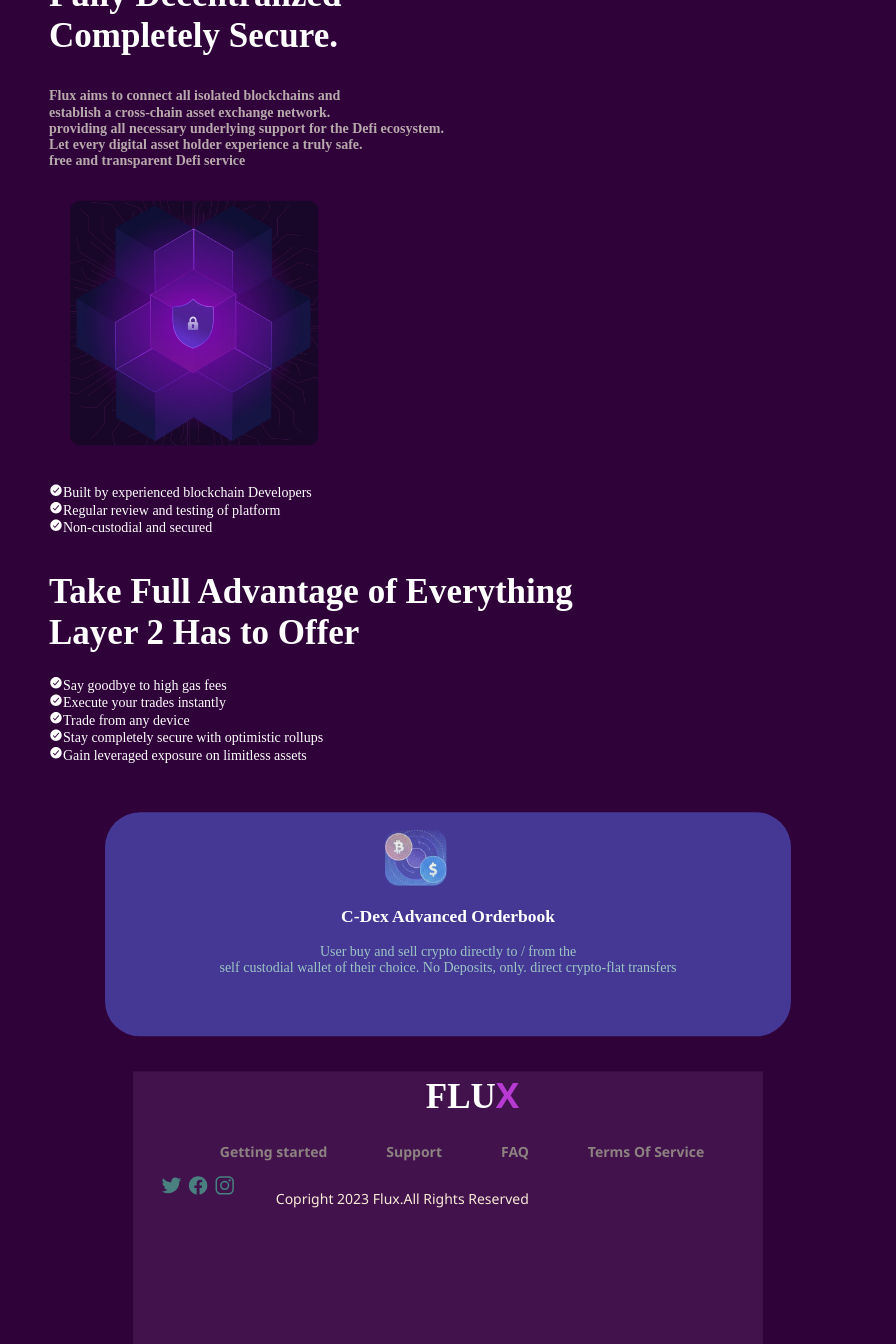
Repository: Tobby004/Flux-figma
Page: index.html
These files come from the project's save history. The page is drawn as it stood at one moment and after the next save; the edit follows.
The browser window is 1280 px wide. The pictures show the part of the page from y = 1329 to 3249 px (the page is 3249 px tall), at 70% of full size.

Above is the page before, as saved 2023-04-28 23:04:15.

After the next save:
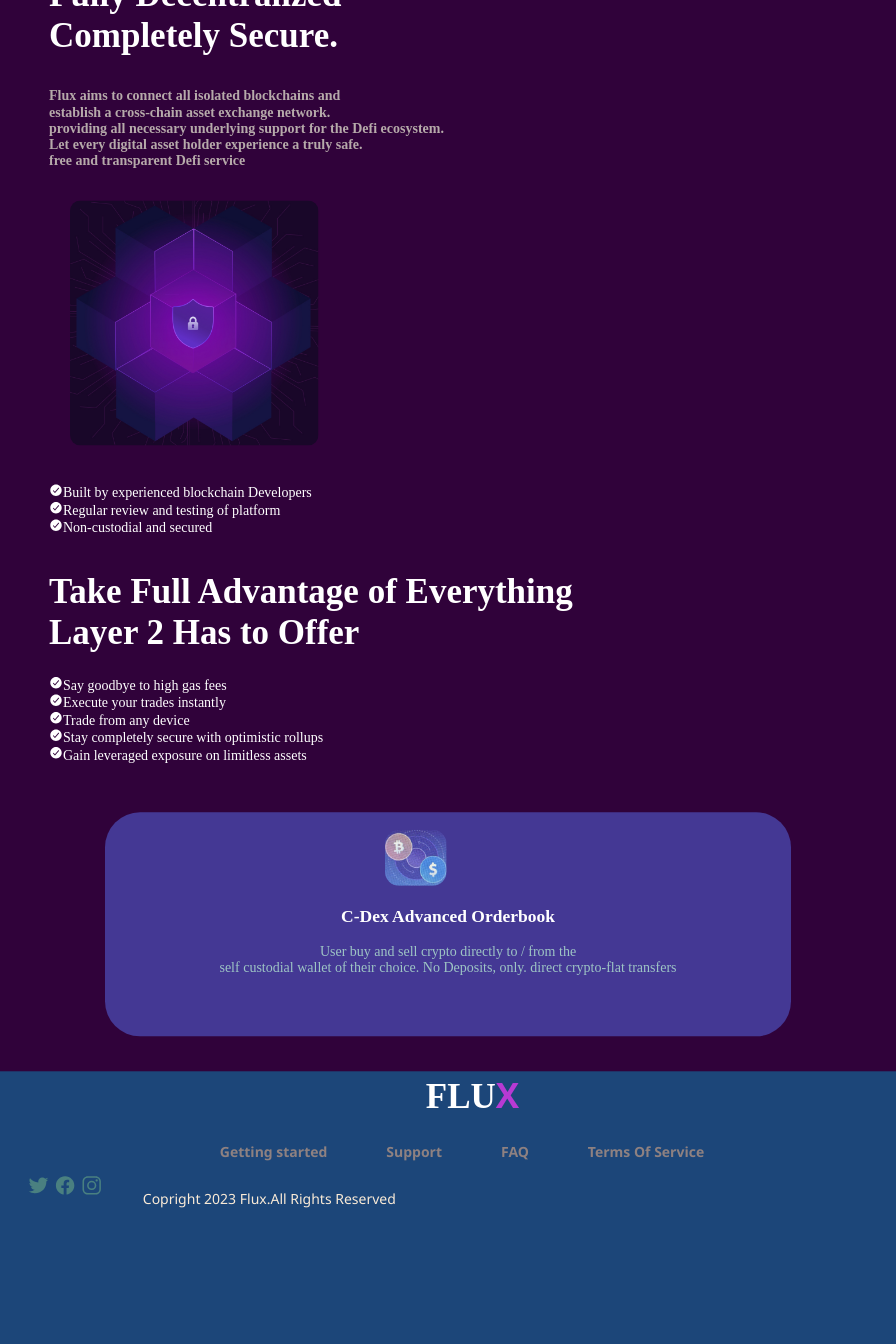
Saved 2 min 46 s later.
--- a/style.css
+++ b/style.css
@@ -40,12 +40,7 @@ nav a {
     font-size: 20px;
     margin-right: 20px;
 }
-li a:hover{
-    color: yellow;
-    background: wheat ;
-    transition: all 4s;
-    padding: 5px;
-}
+
 button{
     padding: 13px;
     background: #b22fd0;
@@ -197,10 +192,9 @@ h1 {
 }
 .container{
     height: 390px;
-    width: 900px;
     margin-right: auto;
     margin-left: auto;
-    background: #41124b;
+    background: #1c4679;
 }
 .container h1 {
     color: white;
